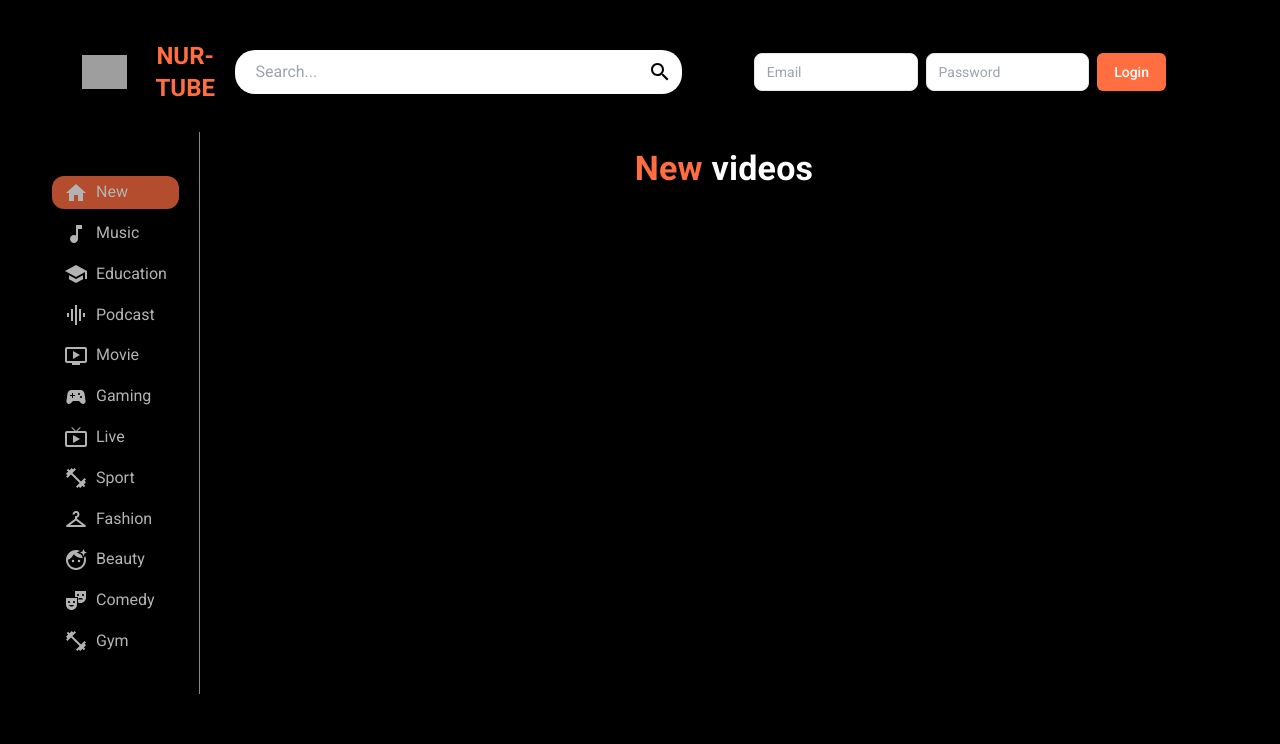
Repository: Nurlan-Bakenbaev/YoutubeClone
Page: /
These files come from the project's save history. The page is drawn as it stood at one moment and after the next save; the edit follows.
The browser window is 1280 px wide. The pictures show the whole page.
Pictures or frames that could not be fetched are drawn as grey boxes. The page's requests for data from a server got no answer. The project was rebuilt for these pictures with package versions that can differ from the ones it lists, and the page was loaded fresh each time. No one was signed in, and anything a server would have sent is missing. Also part of the build but not shown: vite.config.js, src/components/VideoCard.jsx, src/components/ChannelCard.jsx, src/components/Loader.jsx, src/components/VideoDetails.jsx, src/components/SearchFeed.jsx, src/components/ChannelDetails.jsx.

Above is the page before, as saved 2023-09-09 18:55:21.

After the next save:
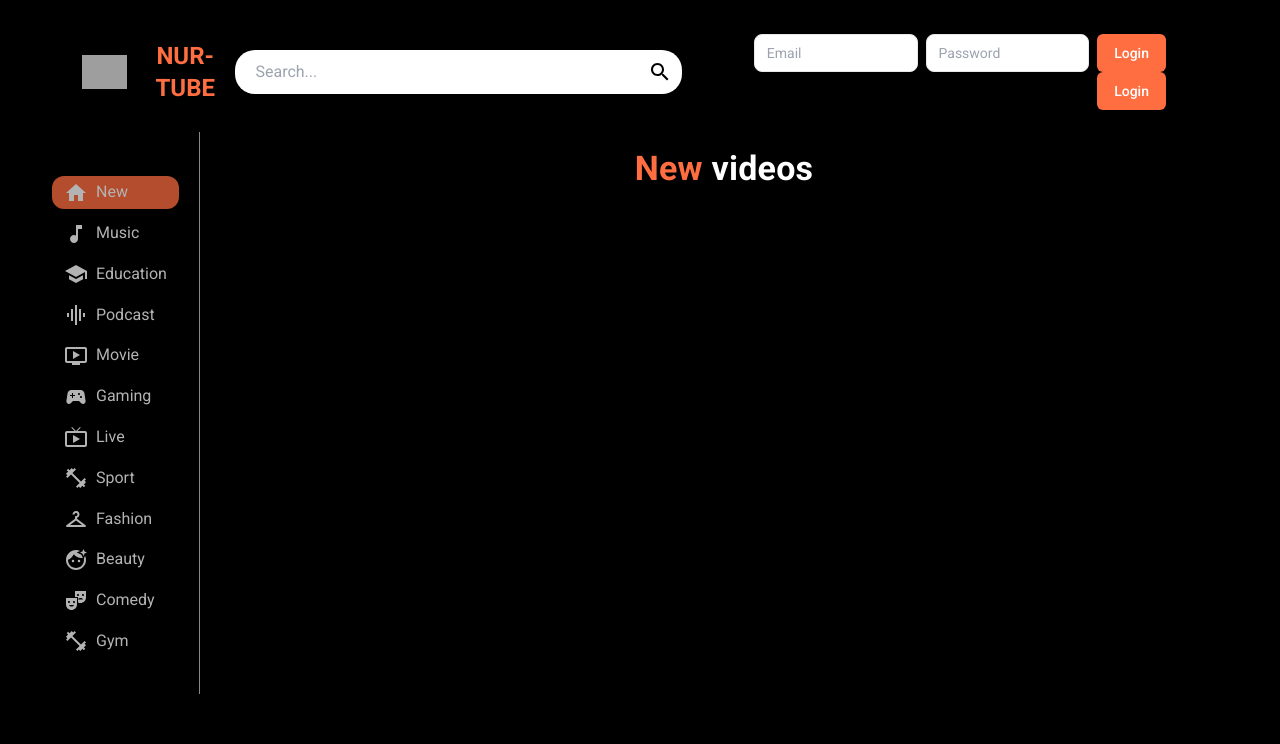
Saved 8 s later.
--- a/src/components/SignIn.jsx
+++ b/src/components/SignIn.jsx
@@ -77,6 +77,12 @@ signInWithEmailAndPassword(auth, email, password)
                 >
                   <span>Login</span>
                 </button>
+                <button
+                  type="submit"
+                  className="group relative w-full flex justify-center py-2 px-4 border border-transparent text-sm font-medium rounded-md text-white bg-[#ff6e40] focus:outline-none focus:ring-2 focus:ring-offset-2 focus:ring-indigo-500"
+                >
+                  <span>Login</span>
+                </button>
               </div>
             </div>
           </form>
